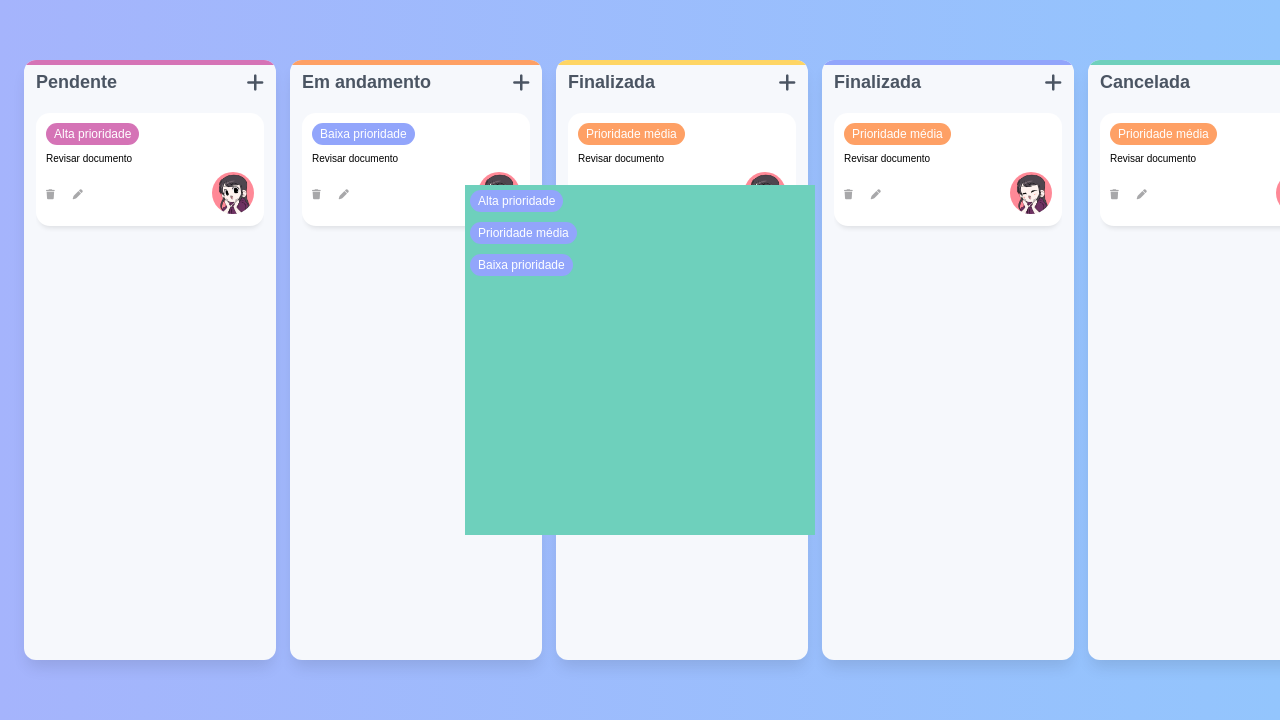
Repository: Marinalr-25/ProjetoToDoList
Page: index.html
These files come from the project's save history. The page is drawn as it stood at one moment and after the next save; the edit follows.
The browser window is 1280 px wide. The pictures show the whole page.
Some web fonts or font styles are not loaded; a fallback is used. Some web libraries are served in a nearby version.

Above is the page before, as saved 2024-10-31 15:49:21.

### index.html
<!DOCTYPE html>
<html lang="pt-BR">
  <head>
    <meta charset="UTF-8" />
    <meta name="viewport" content="width=device-width, initial-scale=1.0" />
    <link rel="preconnect" href="https://fonts.googleapis.com" />
    <link rel="preconnect" href="https://fonts.gstatic.com" crossorigin />
    <link
      href="https://fonts.googleapis.com/css2?family=Playpen+Sans:wght@100..800&family=Roboto:ital,wght@0,100;0,300;0,400;0,500;0,700;0,900;1,100;1,300;1,400;1,500;1,700;1,900&display=swap"
      rel="stylesheet"
    />
    <link
      rel="stylesheet"
      href="https://cdnjs.cloudflare.com/ajax/libs/font-awesome/6.6.0/css/all.min.css"
      integrity="sha512-Kc323vGBEqzTmouAECnVceyQqyqdsSiqLQISBL29aUW4U/M7pSPA/gEUZQqv1cwx4OnYxTxve5UMg5GT6L4JJg=="
      crossorigin="anonymous"
      referrerpolicy="no-referrer"
    />
    <link rel="stylesheet" href="css/style.css" />
    <title>Suas tarefas</title>
  </head>
  <body>
    <main class="kanban">
      <!-- coluna 1 -->
      <div class="kanban-column" data-id="1">
        <div class="kanban-title">
          <h2>Pendente</h2>
          <button class="add-card"><i class="fa-solid fa-plus"></i></button>
        </div>
        <div class="kanban-cards">
          <div class="kanban-card" draggable="true">
            <div class="badge high">
              <span>Alta prioridade</span>
            </div>
            <p class="card-title">Revisar documento</p>
            <div class="card-infos">
              <div class="card-icons">
                <p>
                  <i class="fa-solid fa-trash"></i>
                </p>
                <p>
                  <i class="fa-solid fa-pen"></i>
                </p>
              </div>
              <div class="user">
                <img src="images/iconePerfil1.png" alt="avatar1" />
              </div>
            </div>
          </div>
        </div>
      </div>
      <!-- coluna 2 -->
      <div class="kanban-column" data-id="2">
        <div class="kanban-title">
          <h2>Em andamento</h2>
          <button class="add-card"><i class="fa-solid fa-plus"></i></button>
        </div>
        <div class="kanban-cards">
          <div class="kanban-card" draggable="true">
            <div class="badge low">
              <span>Baixa prioridade</span>
            </div>
            <p class="card-title">Revisar documento</p>
            <div class="card-infos">
              <div class="card-icons">
                <p>
                  <i class="fa-solid fa-trash"></i>
                </p>
                <p>
                  <i class="fa-solid fa-pen"></i>
                </p>
              </div>
              <div class="user">
                <img src="images/iconePerfil2.png" alt="avatar2" />
              </div>
            </div>
          </div>
        </div>
      </div>
      <!-- coluna 3 -->
      <div class="kanban-column" data-id="3">
        <div class="kanban-title">
          <h2>Finalizada</h2>
          <button class="add-card"><i class="fa-solid fa-plus"></i></button>
        </div>
        <div class="kanban-cards">
          <div class="kanban-card" draggable="true">
            <div class="badge medium">
              <span>Prioridade média</span>
            </div>
            <p class="card-title">Revisar documento</p>
            <div class="card-infos">
              <div class="card-icons">
                <p>
                  <i class="fa-solid fa-trash"></i>
                </p>
                <p>
                  <i class="fa-solid fa-pen"></i>
                </p>
              </div>
              <div class="user">
                <img src="images/iconePerfil2.png" alt="avatar2" />
              </div>
            </div>
          </div>
        </div>
      </div>
      <!-- coluna 4 -->
      <div class="kanban-column" data-id="4">
        <div class="kanban-title">
          <h2>Finalizada</h2>
          <button class="add-card"><i class="fa-solid fa-plus"></i></button>
        </div>
        <div class="kanban-cards">
          <div class="kanban-card" draggable="true">
            <div class="badge medium">
              <span>Prioridade média</span>
            </div>
            <p class="card-title">Revisar documento</p>
            <div class="card-infos">
              <div class="card-icons">
                <p>
                  <i class="fa-solid fa-trash"></i>
                </p>
                <p>
                  <i class="fa-solid fa-pen"></i>
                </p>
              </div>
              <div class="user">
                <img src="images/iconePerfil2.png" alt="avatar2" />
              </div>
            </div>
          </div>
        </div>
      </div>
      <!-- coluna 5 -->
      <div class="kanban-column" data-id="5">
        <div class="kanban-title">
          <h2>Cancelada</h2>
          <button class="add-card"><i class="fa-solid fa-plus"></i></button>
        </div>
        <div class="kanban-cards">
          <div class="kanban-card" draggable="true">
            <div class="badge medium">
              <span>Prioridade média</span>
            </div>
            <p class="card-title">Revisar documento</p>
            <div class="card-infos">
              <div class="card-icons">
                <p>
                  <i class="fa-solid fa-trash"></i>
                </p>
                <p>
                  <i class="fa-solid fa-pen"></i>
                </p>
              </div>
              <div class="user">
                <img src="images/iconePerfil2.png" alt="avatar2" />
              </div>
            </div>
          </div>
        </div>
      </div>

      <div class="adicionando">
        <div class="custom_radio">
          <label for="alta_prioridade">Alta prioridade</label>
          <input
            type="radio"
            name="prioridade"
            id="alta_prioridade"
            placeholder="Alta prioridade"
          />
        </div>
        <div class="custom_radio">
          <label for="media_prioridade">Prioridade média </label>
          <input
            type="radio"
            name="prioridade"
            id="media_prioridade"
            placeholder="Alta prioridade"
          />
        </div>
        <div class="custom_radio">
          <label for="baixa_prioridade">Baixa prioridade</label>
          <input
            type="radio"
            name="prioridade"
            id="baixa_prioridade"
            placeholder="Alta prioridade"
          />
        </div>
      </div>
    </main>
    <script src="javascript/script.js"></script>
  </body>
</html>

### css/style.css
* {
  padding: 0;
  margin: 0;
  box-sizing: border-box;
}

*::-webkit-scrollbar {
  width: 0.8rem;
}

*::-webkit-scrollbar-track {
  background-color: #eaeffa;
  border-radius: 0.8rem;
}
*::-webkit-scrollbar-thumb {
  background-color: #b7d3fb;
  border-radius: 2rem;
}

html {
  font-size: 62.5%;
}

body {
  font-family: 'Playpen Sans', sans-serif;
  min-height: 100vh;
  display: flex;
  justify-content: center;
  align-items: center;
  background: linear-gradient(90deg, #a5b4fc, #93c5fd);
}

.kanban {
  display: flex;
  gap: 1.4rem;
  padding: 2.4rem;
  width: 100%;
  height: 90vh;
  overflow-x: auto;
}

.kanban-column {
  display: flex;
  flex-direction: column;
  gap: 1.8rem;
  height: 100%;
  overflow-y: auto;
  background-color: #f6f8fc;
  border-radius: 1.2rem;
  box-shadow: 0 1rem 1.5rem -0.3rem rgba(0, 0, 0, 0.1);
  padding: 1.2rem;
  overflow: hidden;
  min-width: 25.2rem;
  position: relative;

  &::after {
    position: absolute;
    content: '';
    top: 0;
    left: 0;
    height: 0.5rem;
    width: 100%;
  }
  &[data-id='1']::after {
    background-color: #d573b6;
  }
  &[data-id='2']::after {
    background-color: #fea065;
  }
  &[data-id='3']::after {
    background-color: #fed565;
  }
  &[data-id='4']::after {
    background-color: #92a5fb;
  }
  &[data-id='5']::after {
    background-color: #6ed0bc;
  }
}

.kanban-title {
  display: flex;
  justify-content: space-between;

  & h2 {
    font-size: 1.8rem;
    color: #4b5563;
    font-weight: 600;
  }
}

.add-card {
  color: #4b5563;
  font-size: 2rem;
  background-color: transparent;
  cursor: pointer;
  border: none;
}

.kanban-cards {
  display: flex;
  flex-direction: column;
  gap: 0.8rem;
  height: 100%;
  overflow-x: hidden;
  overflow-y: auto;
}

.kanban-card {
  display: flex;
  flex-direction: column;
  gap: 0.8rem;
  background-color: #ffffff;
  padding: 1rem;
  border-radius: 1.4rem;
  box-shadow: 0 0.5rem 0.5rem -0.3rem rgba(0, 0, 0, 0.1);
  cursor: pointer;
}

.badge {
  color: #ffffff;
  width: fit-content;
  font-size: 1.2rem;
  padding: 0.4rem 0.8rem;
  border-radius: 1.2rem;

  &.high {
    background-color: #d573b6;
  }
  &.medium {
    background-color: #fea065;
  }
  &.low {
    background-color: #92a5fb;
  }
}

.dragging {
  opacity: 0.5;
}

.card-infos {
  display: flex;
  justify-content: space-between;
  align-items: center;
}
.card-icons {
  display: flex;
  gap: 1.8rem;
  & i {
    color: #a8a8aa;
  }
}

.cards-hover {
  background-color: #eaeffa;
  border-radius: 0.8rem;
}

.user img {
  width: 4.2rem;
  height: 4.2rem;
  border-radius: 100%;
  object-fit: cover;
}

.adicionando {
  position: fixed;
  top: 50%;
  left: 50%;
  transform: translate(-50%, -50%);
  width: 35rem;
  height: 35rem;
  background-color: #6ed0bc;
}

.custom_radio input[type='radio'] {
  display: none;
}

.custom_radio label {
  display: inline-block;
  padding: 1rem 2rem;
  margin: 0.5rem;
  border-radius: 0.5rem;
  cursor: pointer;
  color: white;
  transition: transform 0.2s ease;
  background-color: #92a5fb;
  color: #ffffff;
  width: fit-content;
  font-size: 1.2rem;
  padding: 0.4rem 0.8rem;
  border-radius: 1.2rem;
}

### javascript/script.js
document.addEventListener('DOMContentLoaded', function () {
  const cards = document.querySelectorAll('.kanban-card');
  const colunas = document.querySelectorAll('.kanban-cards');
  const mais = document.querySelectorAll('.fa-solid.fa-plus');
  console.log(mais);
  let dragCard = null;

  cards.forEach((card) => {
    card.addEventListener('dragstart', (e) => {
      dragCard = card;
      e.currentTarget.classList.add('dragging');
    });
    card.addEventListener('dragend', (e) => {
      e.currentTarget.classList.remove('dragging');
      dragCard = null;
    });
  });

  colunas.forEach((coluna) => {
    coluna.addEventListener('dragover', (e) => {
      e.preventDefault();
      e.currentTarget.classList.add('cards-hover');
    });
    coluna.addEventListener('dragleave', (e) => {
      e.currentTarget.classList.remove('cards-hover');
    });
    coluna.addEventListener('drop', (e) => {
      e.preventDefault();
      e.currentTarget.classList.remove('cards-hover');
      if (dragCard) {
        e.currentTarget.appendChild(dragCard);
      }
    });
  });

  mais.forEach((adicionar) => {
    adicionar.addEventListener;
  });
});

After the next save:
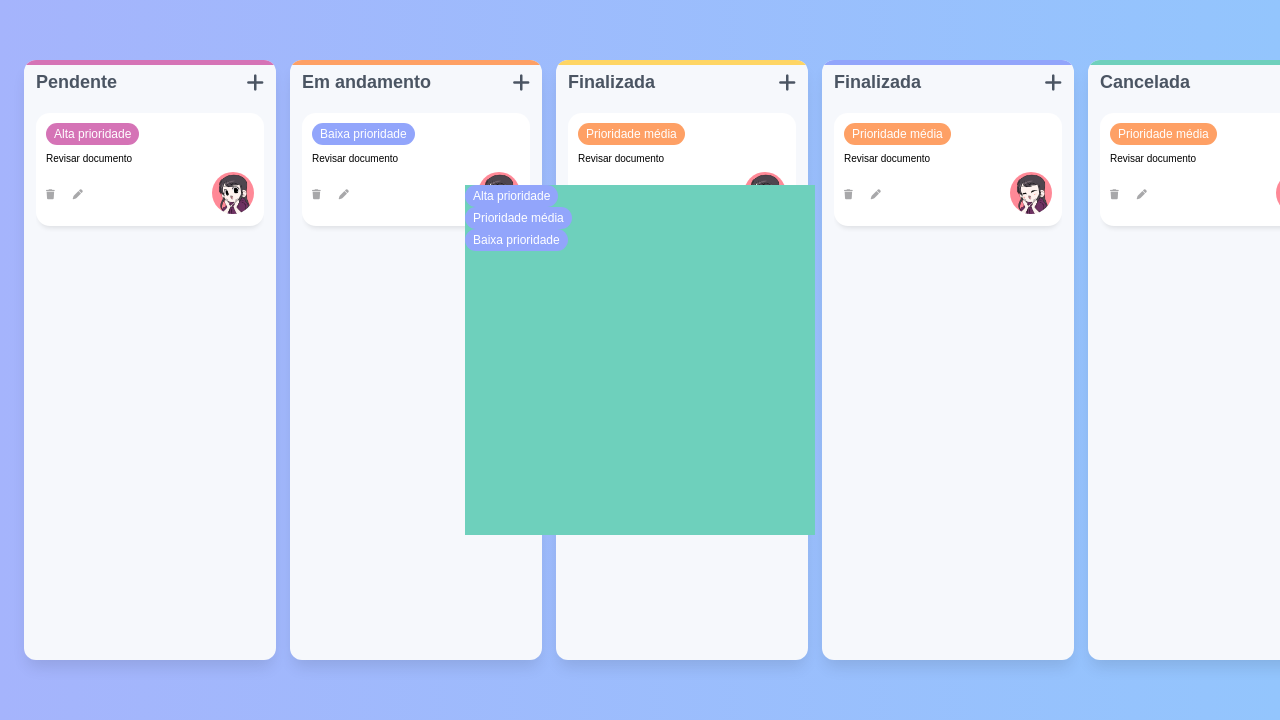
Saved 12 s later.
--- a/css/style.css
+++ b/css/style.css
@@ -180,11 +180,8 @@
 
 .custom_radio label {
   display: inline-block;
-  padding: 1rem 2rem;
-  margin: 0.5rem;
   border-radius: 0.5rem;
   cursor: pointer;
-  color: white;
   transition: transform 0.2s ease;
   background-color: #92a5fb;
   color: #ffffff;

After the save that followed:
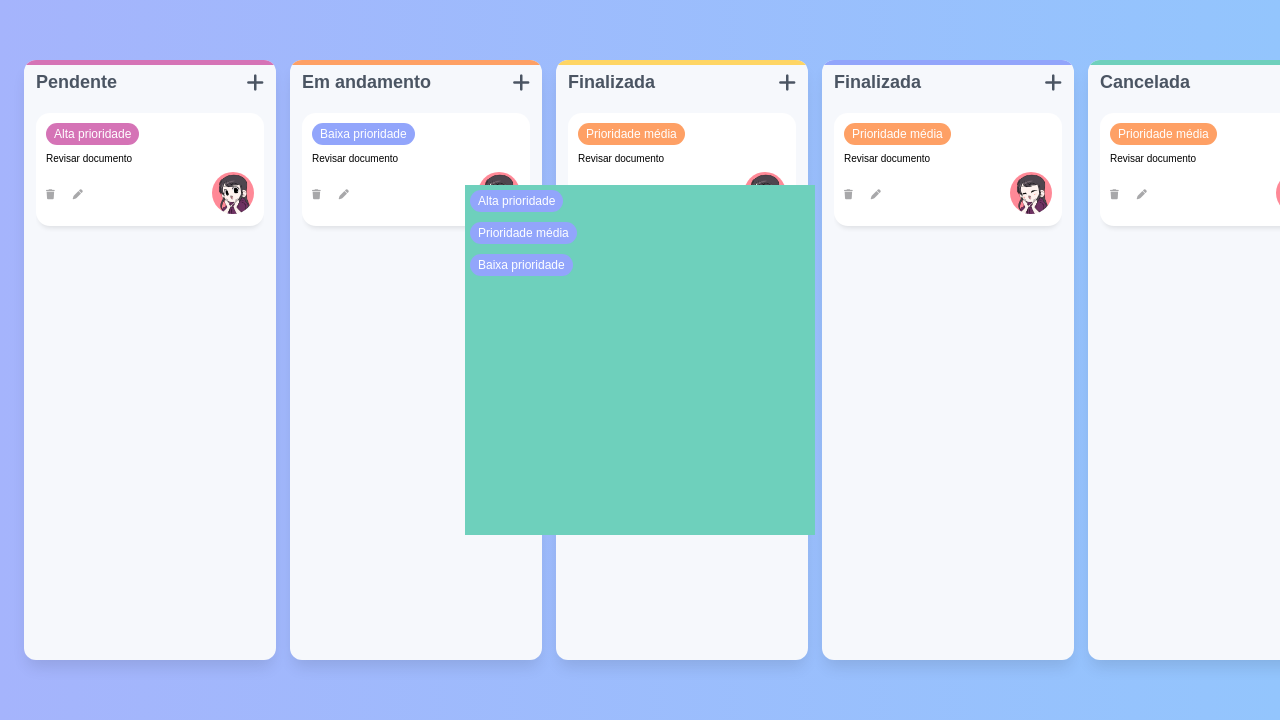
Saved 4 s later.
--- a/css/style.css
+++ b/css/style.css
@@ -180,6 +180,7 @@
 
 .custom_radio label {
   display: inline-block;
+  margin: 0.5rem;
   border-radius: 0.5rem;
   cursor: pointer;
   transition: transform 0.2s ease;
